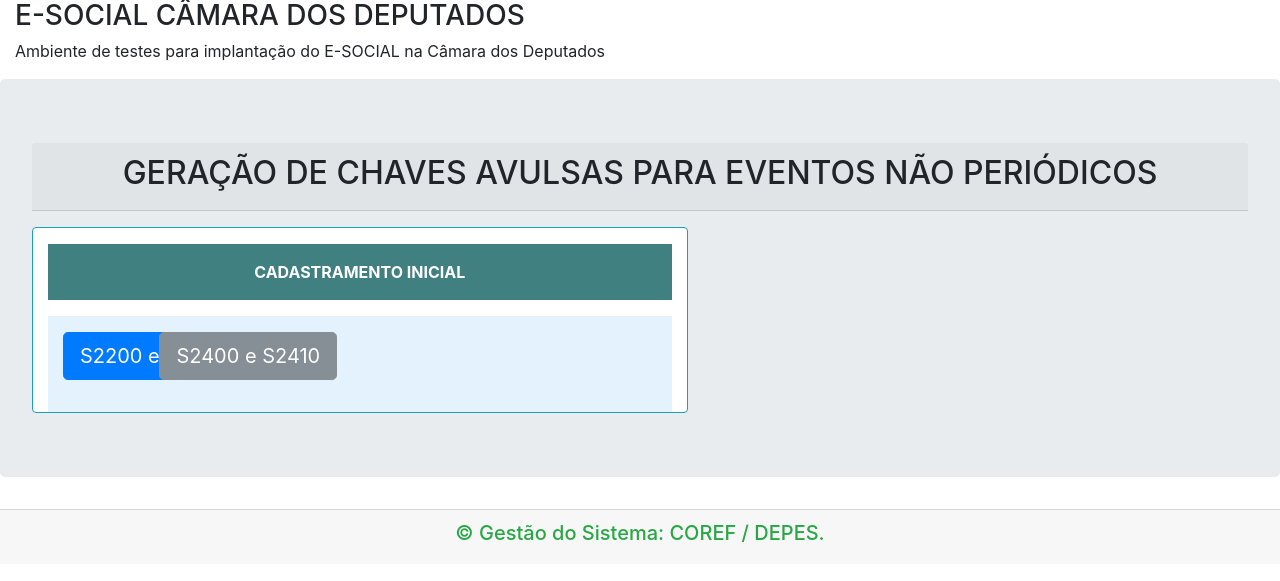
Repository: coref-depes/esocialapp
Page: http://localhost/paginaprincipal
These files come from the project's save history. The page is drawn as it stood at one moment and after the next save; the edit follows.
The browser window is 1280 px wide. The pictures show the whole page.
Some web fonts or font styles are not loaded; a fallback is used. The page is this project's Thymeleaf template; nobody is signed in. The template is opened directly, without the code that normally fills it, so the values that code supplies are empty.

Above is the page before, as saved 2022-08-02 19:16:39.

### br.gov.camara.esocial/src/main/resources/templates/paginaprincipal.html
<!DOCTYPE html>
<html lang="pt-br" xmlns="http://www.w3.org/1999/xhtml"
	xmlns:th="http://www.thymeleaf.org"
	xmlns:layout="http://www.ultraq.net.nz/thymeleaf/layout"
	xmlns:sec="http://www.thymeleaf.org/thymeleaf-extras-springsecurity4">


<head>
<title>Sipes</title>

<meta charset="UTF-8" />
<meta http-equiv="X-UA-Compatible" content="IE=edge" />
<meta name="viewport"
	content="width=device-width, initial-scale=1, shrink-to-fit=no" />
<meta name="description" content="" />
<meta name="author" content="" />
<link rel="icon" href="/image/iconeCD.png" />

<!-- Bootstrap core CSS -->
<link rel="stylesheet"
	href="https://stackpath.bootstrapcdn.com/bootstrap/4.1.3/css/bootstrap.min.css"
	integrity="sha384-MCw98/SFnGE8fJT3GXwEOngsV7Zt27NXFoaoApmYm81iuXoPkFOJwJ8ERdknLPMO"
	crossorigin="anonymous">

<link href="/webjars/open-iconic/font/css/open-iconic-bootstrap.min.css"
	rel="stylesheet" />


 <link href="../../dist/css/bootstrap.min.css" rel="stylesheet">

<!-- Custom styles for this template -->
<!-- Bootstrap core CSS -->
<link th:href="@{/css/bootstrap.min.css}" rel="stylesheet" />
	 	<!--link th:href="@{/webjars/open-iconic/font/css/open-iconic-
	 	bootstrap.min.css}" rel="stylesheet" /-->


	<!-- Custom styles for this template -->
	<link th:href="@{/css/estilosMenu.css}" rel="stylesheet" />



</head>

<body>
	<div class="container-fluid" >
<h3 >E-SOCIAL CÂMARA DOS DEPUTADOS</h3>
          <p>Ambiente de testes para implantação do E-SOCIAL na Câmara dos Deputados</p>

	</div>




<main role="main">



	<section class="jumbotron text-center">

	<div class="card-header">
		 <h2>GERAÇÃO DE CHAVES AVULSAS PARA EVENTOS NÃO PERIÓDICOS </h2>
	</div>
	<p>
	 <div class="row col-md-10 text-center border-info ">

     <div class="card border-info col-8">
     <p>
		<div class="card-border " style="background-color: rgb(64, 128, 128); ">
		<p>
		  <p><strong class="text-white" >CADASTRAMENTO INICIAL</strong></p>
		</div>
		<p>
		<div class="nav justify-content-left"   style="background-color: #e3f2fd; ">
         <div class="row col-md-8  align-items-center justify-content-start">
          <p>
         </div>
          <div class="row col-md-8  align-items-left justify-content-start">


  			<div class="form-group col-md-3">
            	<a class="btn btn-primary btn-lg" id = "bts2200" th:href="@{/cadini/abrecadastroinicial/S2200}" role="button">S2200 e S2300</a></p>
             </div>
             <div class="form-group col-md-2">
            	<a class="btn btn-secondary btn-lg"       th:href="@{/}"        role="button">S2400 e S2410</a></p>
             </div>
           </div>
         </div>




    </div>
        </div>

</div>


</section>

 </main>

	<div class="card-footer  text-success bg-outline  text-center">
		<h5>&copy; Gestão do Sistema: COREF / DEPES.</h5>
	</div>





	<!-- Bootstrap core JavaScript
    ================================================== -->
	<!-- Placed at the end of the document so the pages load faster -->

	<script src="https://code.jquery.com/jquery-3.3.1.slim.min.js"
		integrity="sha384-q8i/X+965DzO0rT7abK41JStQIAqVgRVzpbzo5smXKp4YfRvH+8abtTE1Pi6jizo"
		crossorigin="anonymous"></script>
	<script
		src="https://cdnjs.cloudflare.com/ajax/libs/popper.js/1.14.3/umd/popper.min.js"
		integrity="sha384-ZMP7rVo3mIykV+2+9J3UJ46jBk0WLaUAdn689aCwoqbBJiSnjAK/l8WvCWPIPm49"
		crossorigin="anonymous"></script>
	<script
		src="https://stackpath.bootstrapcdn.com/bootstrap/4.1.3/js/bootstrap.min.js"
		integrity="sha384-ChfqqxuZUCnJSK3+MXmPNIyE6ZbWh2IMqE241rYiqJxyMiZ6OW/JmZQ5stwEULTy"
		crossorigin="anonymous"></script>


    </script>

</body>

</html>

### br.gov.camara.esocial/src/main/resources/static/css/estilosMenu.css
    font-size: 2.5rem;
    color: white;
}
#icone_grande {
    font-size: 8rem;
    color:#fff;
}

Loaded but not shown: br.gov.camara.esocial/src/main/resources/static/css/bootstrap.min.css (library)

After the next save:
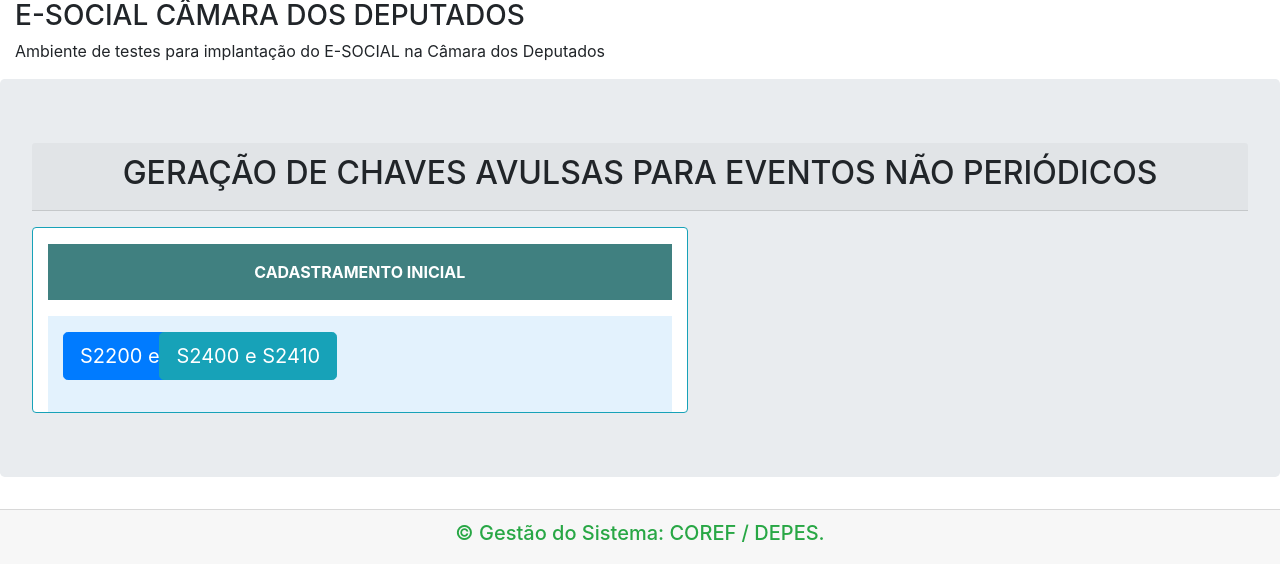
Saved 8 min 33 s later.
--- a/br.gov.camara.esocial/src/main/resources/templates/paginaprincipal.html
+++ b/br.gov.camara.esocial/src/main/resources/templates/paginaprincipal.html
@@ -82,7 +82,7 @@
             	<a class="btn btn-primary btn-lg" id = "bts2200" th:href="@{/cadini/abrecadastroinicial/S2200}" role="button">S2200 e S2300</a></p>
              </div>
              <div class="form-group col-md-2">
-            	<a class="btn btn-secondary btn-lg"       th:href="@{/}"        role="button">S2400 e S2410</a></p>
+            	<a class="btn btn-info btn-lg"        th:href="@{/cadinativos/abrecadastroinicial/S2400}"       role="button">S2400 e S2410</a></p>
              </div>
            </div>
          </div>
